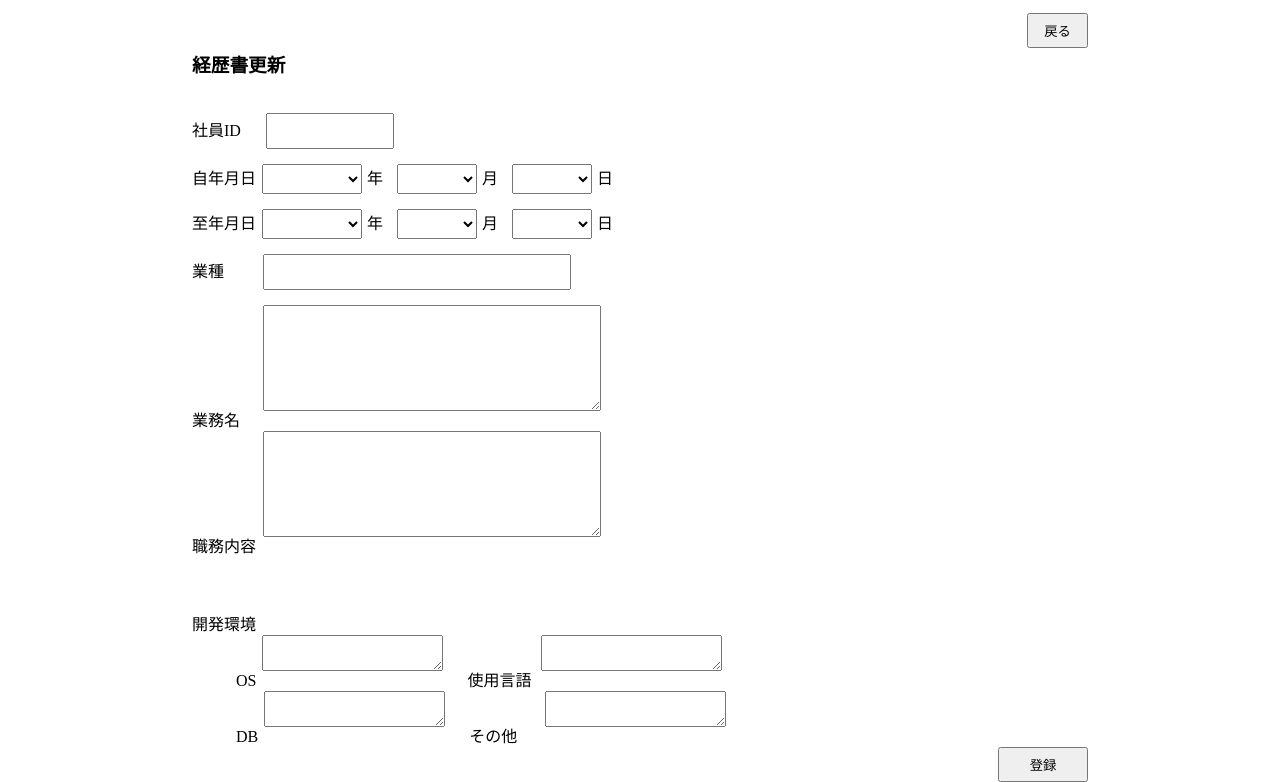
Repository: nguyenvantandev/WebApp
Page: http://localhost/EmployeeInfoSystem/ResumeUpdate.jsp
These files come from the project's save history. The page is drawn as it stood at one moment and after the next save; the edit follows.
The browser window is 1280 px wide. The pictures show the whole page.
Some web libraries are served in a nearby version. The page is served by Tomcat 9. Other server files are loaded and not shown.

Above is the page before, as saved 2016-06-15 01:27:44.

### EmployeeInfoSystem/WebContent/ResumeUpdate.jsp
<%@ page language="java" contentType="text/html; charset=UTF-8"
    pageEncoding="UTF-8"%>
<%@ taglib prefix="c" uri="http://java.sun.com/jsp/jstl/core"%>
<!DOCTYPE html PUBLIC "-//W3C//DTD HTML 4.01 Transitional//EN" "http://www.w3.org/TR/html4/loose.dtd">
<html>
<head>
<meta http-equiv="Content-Type" content="text/html; charset=UTF-8">
<link rel="stylesheet" type="text/css" href="css/ResumeUpdate.css">
<script type="text/javascript" src="js/ResumeUpdate.js"></script>
<script type="text/javascript" src="http://code.jquery.com/jquery-1.10.1.min.js"></script>
<title>経歴書更新画面</title>
</head>
<body>

<form action="">
<input type="button" id="modoru" name="modoru" value="戻る"><br>
<h3><b>経歴書更新</b></h3><br>
<label id="label_shainId">社員ID</label><input type="text" id="shainId" name="shainId"><br>
<label id="label_jinengapi">自年月日</label>
<select id="year"></select><label id="label_year">年</label>
<select id="month"></select><label id="label_month">月</label>
<select id="day"></select><label id="label_day">日</label><br>
<label id="label_itarunengapi">至年月日</label>
<select id="itaru_year"></select><label id="label_year">年</label>
<select id="itaru_month"></select><label id="label_month">月</label>
<select id="itaru_day"></select><label id="label_day">日</label><br>
<label id="label_gyoushu">業種</label><input type="text" id="gyoushu" name="gyoushu"><br>
<label id="label_gyumumei">業務名</label><textarea id="gyumumei" name="gyumumei"></textarea><br>
<label id="label_shokumunaiyo">職務内容</label><textarea id="shokumunaiyo" name="shokumunaiyo"></textarea><br><br><br><br>
<label id="label_kaihatsukankyou">開発環境</label><br>
<label id="label_os">OS</label><textarea id="os" name="os"></textarea>
<label id="label_shiyogengo">使用言語</label><textarea id="shiyogengo" name="shiyogengo"></textarea><br>
<label id="label_db">DB</label><textarea id="db" name="db"></textarea>
<label id="label_sonohoka">その他</label><textarea id="sonohoka" name="sonohoka"></textarea><br>
<input type="button" id="addUpd" name="addUpd" value="登録">
<input type="hidden" id="actionId" name="actionId" value="<%=request.getAttribute("actionId")%>" >
</form>
</body>
</html>

### EmployeeInfoSystem/WebContent/css/ResumeUpdate.css
@CHARSET "UTF-8";

body {
	    margin-left: 15%;
    margin-top: 1%;
    margin-bottom: 1%;
    margin-right: 15%;
}
#modoru{
	    right: 15%;
    position: absolute;
    width: 61px;
    height: 35px;
}
h3{

}
#label_shainId{
	margin-right: 25px;
}
#shainId{
	    height: 30px;
    width: 120px;
    margin-bottom: 15px;
}
#label_jinengapi{
	margin-right: 2px;
}
#year, #itaru_year{
	     height: 30px;
    margin-bottom: 15px;
    width: 100px;
}
#label_year, #label_month, #label_day{
	    margin-left: 5px;
    margin-right: 10px;
}
#month, #itaru_month, #day, #itaru_day {
	     height: 30px;
    margin-bottom: 15px;
    width: 80px;
}
#label_month{

}
#day{

}
#label_day{

}
#label_itarunengapi{
	margin-right: 2px;
}
#itaru_year{

}
#itaru_month{

}
#itaru_day{

}
#label_gyoushu{
	    margin-right: 39px;
}
#gyoushu{
	 margin-bottom: 15px;
	     height: 30px;
    width: 300px;
}
#label_gyumumei{
	margin-right: 23px;
}
#gyumumei, #shokumunaiyo{
	 margin-bottom: 15px;
	     height: 100px;
    width: 332px;
}
#label_shokumunaiyo{
	margin-right: 7px;
}
#shokumunaiyo{

}
#label_kaihatsukankyou{

}
#label_os{
	margin-left: 44px;
	    margin-right: 6px;
}
#os{
	 margin-bottom: 15px;
}
#label_shiyogengo{
	    margin-left: 20px;
    margin-right: 10px;
}
#shiyogengo{
	 margin-bottom: 15px;
}
#label_db{
	margin-left: 44px;
	    margin-right: 6px;
}
#db{
	 margin-bottom: 15px;
}
#label_sonohoka{
	        margin-left: 20px;
    margin-right: 28px;
}
#sonohoka{
	 margin-bottom: 15px;
}
#addUpd{
	    right: 15%;
    position: absolute;
    height: 35px;
    width: 90px;

}

### EmployeeInfoSystem/WebContent/js/ResumeUpdate.js
function ResumeUpdate_load() {
	/*
	 * 生年月日 日付設定 ↓
	 */
	var nowyear = new Date().getFullYear();
	var startyear = 2020;
	var endyear = 1950;
	var optionsyear = "";
	for (var year = startyear; year >= endyear; year--) {
		optionsyear += "<option>" + year + "</option>";
	}
	document.getElementsByName("year")[0].innerHTML = optionsyear;
	document.getElementsByName("itaru_year")[0].innerHTML = optionsyear;
	$('#year').val("");
	$('#itaru_year').val("");
	// month
	var startmonth = 1;
	var endmonth = 12;
	var optionsmonth = "";
	for (var month = startmonth; month <= endmonth; month++) {
		if (month <= 9) {
			month = "0" + month.toString();
		}
		optionsmonth += "<option>" + month + "</option>";
	}
	document.getElementsByName("month")[0].innerHTML = optionsmonth;
	document.getElementsByName("itaru_month")[0].innerHTML = optionsmonth;
	$('#month').val("");
	$('#itaru_month').val("");
	// day
	var startday = 1;
	var endday = 31;
	var optionsday = "";
	for (var day = startday; day <= endday; day++) {
		if (day <= 9) {
			day = "0" + day.toString();
		}
		optionsday += "<option>" + day + "</option>";
	}
	document.getElementsByName("day")[0].innerHTML = optionsday;
	document.getElementsByName("itaru_day")[0].innerHTML = optionsday;
	$('#day').val("");
	$('#itaru_day').val("");
	/*
	 * 生年月日 日付設定 ↑
	 */

	/*
	 * 社員マスタ検索
	 */
	var shain_shainId = document.getElementById("shain_shainId").value;
	document.getElementById("shain_shainId").value = shain_shainId;
	var shain_namae = document.getElementById("shain_namae").value;
	document.getElementById("shain_namae").value = shain_namae;
	var shain_sebetsu = document.getElementById("shain_sebetsu").value;
	document.getElementById("shain_sebetsu").value = shain_sebetsu;
	var shain_sakujo = document.getElementById("shain_sakujo").value;
	document.getElementById("shain_sakujo").value = shain_sakujo;
	/*
	 * 経歴書検索
	 */
	var keireki_shainId = document.getElementById("keireki_shainId").value;
	document.getElementById("keireki_shainId").value = keireki_shainId
	var keireki_namae = document.getElementById("keireki_namae").value;
	document.getElementById("keireki_namae").value = keireki_namae;
	var keireki_sakujocheck = document.getElementById("keireki_sakujocheck").value;
	document.getElementById("keireki_sakujocheck").value = keireki_sakujocheck;
	var keireki_gyumumei = document.getElementById("keireki_gyumumei").value;
	document.getElementById("keireki_gyumumei").value = keireki_gyumumei;
	var keireki_gyoushu = document.getElementById("keireki_gyoushu").value;
	document.getElementById("keireki_gyoushu").value = keireki_gyoushu;
	var keireki_shokumunaiyou = document
			.getElementById("keireki_shokumunaiyou").value;
	document.getElementById("keireki_shokumunaiyou").value = keireki_shokumunaiyou;
	var keireki_shiyougengo = document.getElementById("keireki_shiyougengo").value;
	document.getElementById("keireki_shiyougengo").value = keireki_shiyougengo;
	var keireki_db = document.getElementById("keireki_db").value;
	document.getElementById("keireki_db").value = keireki_db;
	var keireki_sonohoka = document.getElementById("keireki_sonohoka").value;
	document.getElementById("keireki_sonohoka").value = keireki_sonohoka;
	var whatpage = document.getElementById("whatpage").value;
	document.getElementById("whatpage").value = whatpage;

	var actionValue = document.getElementById("actionValue").value;
	document.getElementById("actionValue").value = actionValue;

	var shainId = document.getElementById("shainId").value;
	if (shainId == "null") {
		document.getElementById("shainId").value = "";
	} else {
		document.getElementById("shainId").value = shainId;
		document.getElementById("shainId").disabled = true;
	}

	var gyoushu = document.getElementById("gyoushu").value;
	if (gyoushu == "null") {
		document.getElementById("gyoushu").value = ""
	} else {
		document.getElementById("gyoushu").value = gyoushu;
	}

	var gyumumei = document.getElementById("gyumumei").value;
	if (gyumumei == "null") {
		document.getElementById("gyumumei").value = "";
	} else {
		document.getElementById("gyumumei").value = gyumumei;
	}

	var shokumunaiyo = document.getElementById("shokumunaiyo").value;
	if (shokumunaiyo == "null") {
		document.getElementById("shokumunaiyo").value = "";
	} else {
		document.getElementById("shokumunaiyo").value = shokumunaiyo;
	}

	var os = document.getElementById("os").value;
	if (os == "null") {
		document.getElementById("os").value = "";
	} else {
		document.getElementById("os").value = os;
	}

	var shiyogengo = document.getElementById("shiyogengo").value;
	if (shiyogengo == "null") {
		document.getElementById("shiyogengo").value = "";
	} else {
		document.getElementById("shiyogengo").value = shiyogengo;
	}

	var db = document.getElementById("db").value;
	if (db == "null") {
		document.getElementById("db").value = "";
	} else {
		document.getElementById("db").value = db;
	}

	var sonohoka = document.getElementById("sonohoka").value;
	if (sonohoka == "null") {
		document.getElementById("sonohoka").value = "";
	} else {
		document.getElementById("sonohoka").value = sonohoka;
	}

	var start_year = document.getElementById("start_year").value;
	if (start_year != "null") {
		$('#year').val(start_year);
	}

	var start_month = document.getElementById("start_month").value;
	if (start_month != "null") {
		$('#month').val(start_month);
	}

	var start_day = document.getElementById("start_day").value;
	if (start_day != "null") {
		$('#day').val(start_day);
	}

	var end_year = document.getElementById("end_year").value;
	if (end_year != "null") {
		$('#itaru_year').val(end_year);
	}

	var end_month = document.getElementById("end_month").value;
	if (end_month != "null") {
		$('#itaru_month').val(end_month);
	}

	var end_day = document.getElementById("end_day").value;
	if (end_day != "null") {
		$('#itaru_day').val(end_day);
	}

	var actionId = document.getElementById("actionId").value;
	document.getElementById("actionId").value = actionId;

	var actionName = document.getElementById("actionName").value;

	if (actionName == "新規追加") {
		document.getElementById("addUpd").value = "登録";
		document.getElementById("shainId").value = actionId;
		document.getElementById("shainId").disabled = true;

		return false;
	}

	var completeMs = document.getElementById("completeMs").value;
	if (completeMs != "null") {
		alert(completeMs);
	}
	var notFindMes = document.getElementById("notFindMes").value;
	if (notFindMes != "null") {
		alert(notFindMes);
		return false;
	}
	var serverErrorMs = document.getElementById("serverErrorMs").value;
	if (serverErrorMs != "null") {
		alert(serverErrorMs);
		return false;
	}

	if (actionName == "更新") {
		document.getElementById("actionName").value = "初期検索";
		document.getElementById("ResumeUpdate").submit();
	}

}

function modoru_click() {
	document.getElementById("actionName").value = "戻る";
	document.getElementById("actionId").value = document
			.getElementById("shainId").value
	document.getElementById("ResumeUpdate").submit();
}

function addUpd_click() {
	var year = document.getElementById("year").value;
	if (year == "") {
		alert("自年月日が未選択です。")
		return false;
	}
	var month = document.getElementById("month").value;
	if (month == "") {
		alert("自年月日が未選択です。")
		return false;
	}
	var day = document.getElementById("day").value;
	if (day == "") {
		alert("自年月日が未選択です。")
		return false;
	}
	dt = new Date(year, month - 1, day);
	if (dt.getFullYear() != year || dt.getMonth() != month - 1
			|| dt.getDate() != day) {
		alert("自年月日が不正です。");
		return false;
	}
	var itaru_year = document.getElementById("itaru_year").value;
	if (itaru_year == "") {
		alert("至年月日が未選択です。")
		return false;
	}
	var itaru_month = document.getElementById("itaru_month").value;
	if (itaru_month == "") {
		alert("至年月日が未選択です。")
		return false;
	}
	var itaru_day = document.getElementById("itaru_day").value;
	if (itaru_day == "") {
		alert("至年月日が未選択です。")
		return false;
	}

	dt = new Date(itaru_year, itaru_month - 1, itaru_day);
	if (dt.getFullYear() != itaru_year || dt.getMonth() != itaru_month - 1
			|| dt.getDate() != itaru_day) {
		alert("至年月日が不正です。");
		return false;
	}
	var gyoushu = document.getElementById("gyoushu").value;
	if (gyoushu == "") {
		alert("業種が未選択です。");
		return false;
	}
	var gyumumei = document.getElementById("gyumumei").value;
	if (gyumumei == "") {
		alert("業務名が未選択です。");
		return false;
	}
	var shokumunaiyo = document.getElementById("shokumunaiyo").value;
	if (shokumunaiyo == "") {
		alert("職務内容が未選択です。");
		return false;
	}

	var action = document.getElementById("addUpd").value;
	var conf = null;
	if (action == "登録") {
		conf = confirm("経歴書情報を登録してよろしいですか。");
	} else {
		conf = confirm("経歴書情報を更新してよろしいですか。");
	}
	if (conf == true) {
		document.getElementById("actionName").value = action;
		document.getElementById("actionId").value = document
				.getElementById("shainId").value
		document.getElementById("ResumeUpdate").submit();
	} else {
		return false;
	}
}

After the next save:
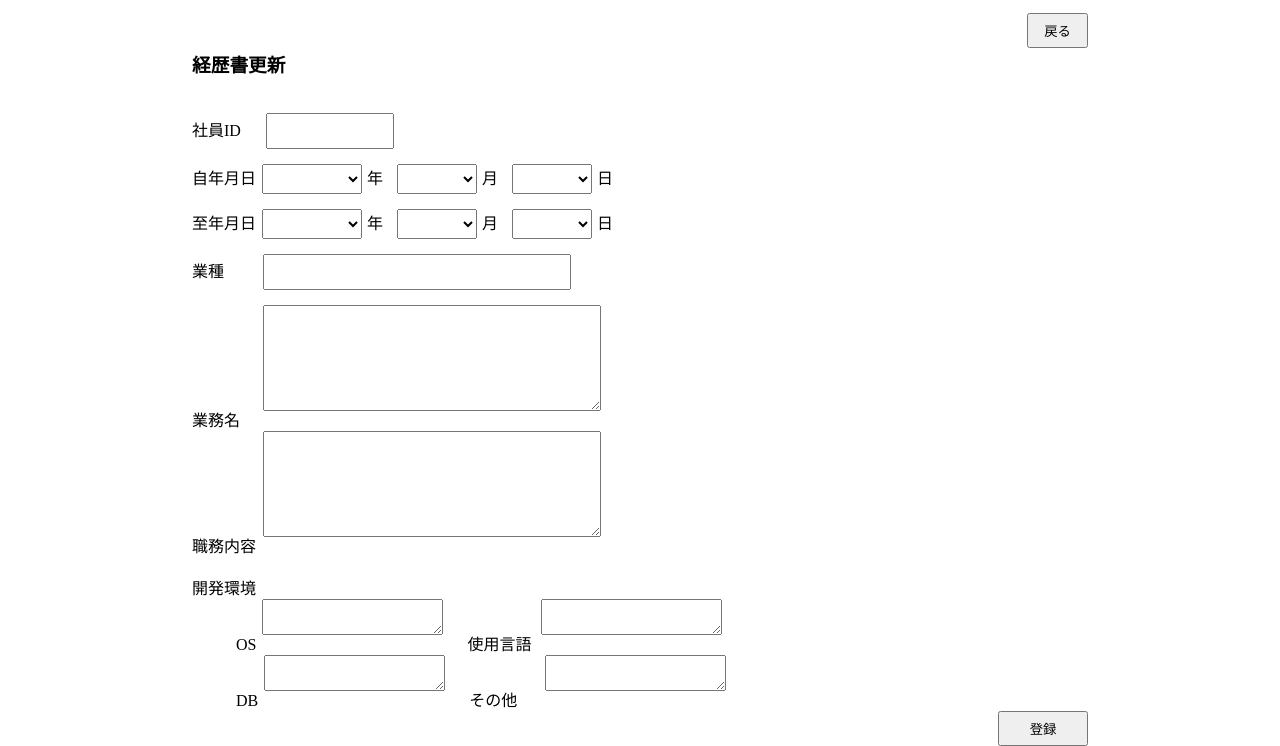
Saved 18 s later.
--- a/EmployeeInfoSystem/WebContent/ResumeUpdate.jsp
+++ b/EmployeeInfoSystem/WebContent/ResumeUpdate.jsp
@@ -26,7 +26,7 @@
 <select id="itaru_day"></select><label id="label_day">日</label><br>
 <label id="label_gyoushu">業種</label><input type="text" id="gyoushu" name="gyoushu"><br>
 <label id="label_gyumumei">業務名</label><textarea id="gyumumei" name="gyumumei"></textarea><br>
-<label id="label_shokumunaiyo">職務内容</label><textarea id="shokumunaiyo" name="shokumunaiyo"></textarea><br><br><br><br>
+<label id="label_shokumunaiyo">職務内容</label><textarea id="shokumunaiyo" name="shokumunaiyo"></textarea><br><br>
 <label id="label_kaihatsukankyou">開発環境</label><br>
 <label id="label_os">OS</label><textarea id="os" name="os"></textarea>
 <label id="label_shiyogengo">使用言語</label><textarea id="shiyogengo" name="shiyogengo"></textarea><br>
